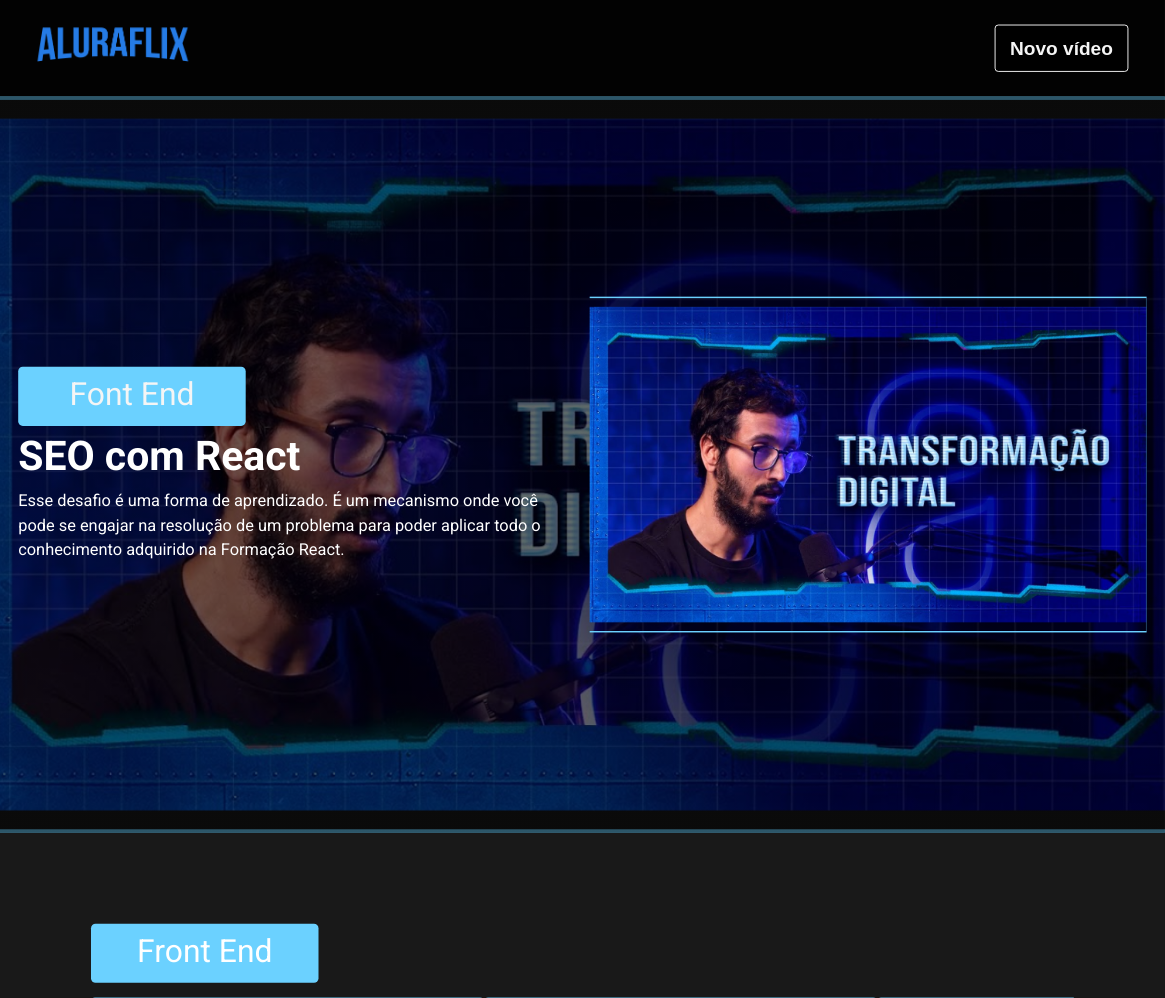
Repository: CarlosEduardoVdeOliveira/aluraflix
Page: /
These files come from the project's save history. The page is drawn as it stood at one moment and after the next save; the edit follows.
The browser window is 1280 px wide. The pictures show the part of the page from y = 0 to 1097 px (the page is 4150 px tall before and 4050 px after), at 91% of full size.
Pictures or frames that could not be fetched are drawn as grey boxes. The project was rebuilt for these pictures with package versions that can differ from the ones it lists, and the page was loaded fresh each time. Also part of the build but not shown: vite.config.js, src/components/Input/Input.module.css, src/components/Input/index.jsx, src/components/TextArea/TextArea.module.css, src/components/TextArea/index.jsx, src/pages/RegisterVideo/Register.module.css, src/pages/RegisterVideo/index.jsx, src/components/Table/Table.module.css and 3 more.

Above is the page before, as saved 2023-09-26 10:33:38.

### index.html
<!doctype html>
<html lang="en">
  <head>
    <meta charset="UTF-8" />
    <link rel="preconnect" href="https://fonts.googleapis.com">
    <link rel="preconnect" href="https://fonts.gstatic.com" crossorigin>
    <!-- <link rel="icon" type="image/svg+xml" href="/vite.svg" /> -->
    <meta name="viewport" content="width=device-width, initial-scale=1.0" />
    <link href="https://fonts.googleapis.com/css2?family=Roboto:wght@300;400;500;700&display=swap" rel="stylesheet">
    <title>AluraFlix</title>
  </head>
  <body>
    <div id="root"></div>
    <script type="module" src="/src/main.jsx"></script>
  </body>
</html>

### src/main.jsx
import React from 'react'
import ReactDOM from 'react-dom/client'
import {AppRoutes} from './routes'
import './index.css'
import { ThemeProvider } from '@emotion/react'
import { theme } from './customColors'

ReactDOM.createRoot(document.getElementById('root')).render(
  <React.StrictMode>
    <ThemeProvider theme={theme}>
      <AppRoutes />
    </ThemeProvider>
  </React.StrictMode>,
)

### src/routes.jsx
import { BrowserRouter, Route, Routes } from 'react-router-dom'
import {PageBase} from './pages/pageBase'
import {Home} from './pages/Home'
import { ThemeProvider } from '@mui/material'
import { theme } from './customColors'
import {RegisterVideo} from './pages/RegisterVideo'
import {RegisterCategory} from './pages/RegisterCategory'


export const AppRoutes = () => {
  return (
    <BrowserRouter>
      <ThemeProvider theme={theme}>
        <Routes>
          <Route path='/' element={<PageBase />}>
            <Route index element={<Home />}></Route>
            <Route path='register-video' element={<RegisterVideo />}></Route>
            <Route path='register-category' element={<RegisterCategory />}></Route>
          </Route>
        </Routes>
      </ThemeProvider>
    </BrowserRouter>
  )
}

### src/index.css
:root {
  --gray-100: #F5F5F5;
  --gray-150: #E5E5E5;
  --gray-175: #C2C2C2;
  --gray-300: #9E9E9E;
  --gray-500: #191919;
  --black: #000;
  --blue-500: #2A7AE4;
  --red-500: #E53935;
  font-family: 'Roboto', sans-serif;
  line-height: 1.5;
  font-weight: 400;
  font-size: 1rem;
  font-synthesis: none;
  text-rendering: optimizeLegibility;
  -webkit-font-smoothing: antialiased;
  -moz-osx-font-smoothing: grayscale;
  -webkit-text-size-adjust: 100%;
}
*{
  box-sizing: border-box;
  margin: 0;
  padding: 0;
  scroll-behavior: smooth;
}
body{
  background-color: var(--gray-500);
}
a {
  text-decoration: none;
  transiton: .5s all ease-out;
}

button{
  cusor: pointer;
  transiton: .5s all ease-out;
}

@media screen and (max-width: 1080px){
  body{
    font-size: 87.5%;
  }
}
@media screen and (max-width: 700px){
  body{
    font-size: 75%;
  }
}

### src/customColors.js
import { createTheme } from '@mui/material/styles';

export const theme = createTheme({
  palette: {
    withe: "#FFFFFF",
    gray100: "#F5F5F5",
    gray150: "#E5E5E5",
    gray175: "#C2C2C2",
    gray300: "#9E9E9E",
    gray500: "#191919",
    black: "#000000",
    blue500: "#2A7AE4",
    red500: "#E53935",
  },
});

### src/pages/pageBase/index.jsx
import { Banner } from '../../components/Banner';
import {Footer} from '../../components/Footer';
import {Header} from '../../components/Header'
import { Outlet } from "react-router-dom";
import { useLocation } from 'react-router-dom';


export const PageBase = () => {
  const location = useLocation()
  return (
    <main>
      <Header button={location.pathname === '/'} />
      <Banner banner={location.pathname === '/'} />
      <Outlet />
      <Footer />
    </main>
  )
}

### src/pages/Home/index.jsx
import {Category} from "../../components/Category";

// eslint-disable-next-line react/prop-types
export const Home = () => {

  return (
    <>
      {
        <Category />
      }
    </>
  )
}

### src/components/Banner/index.jsx
/* eslint-disable react/prop-types */
import styles from './Banner.module.css'
import bannerImage from '../../../public/banner.png'
import {TitleCategory} from '../TitleCategory';

export const Banner = ({banner}) => {
  return(
    <>
      {
        banner && (
        <div className={styles.container}>
          <div className={styles.content}>
            <TitleCategory
              bgColor="#6BD1FF"
              color="#f5f5f5"
            >
              Font End
            </TitleCategory>
            <h5 >
              SEO com React
            </h5>
            <p>
              Esse desafio é uma forma de aprendizado.
              É um mecanismo onde você pode se engajar na resolução de um problema
              para poder aplicar todo o conhecimento adquirido na Formação React.
            </p>
          </div>
          <img src={bannerImage} alt='Imagem do SEO da alura, '/>
        </div>
        )
      }
    </>
  );
}

### src/components/Footer/index.jsx
import { Link } from 'react-router-dom'
import logo from '../../assets/logo.png'
import styles from './Footer.module.css'
export const Footer = () => {
  return (
    <footer className={styles.container}>
      <Link to='/'>
        <img src={logo} alt="Logo do aluraflix" />
      </Link>
    </footer>
  )
}

### src/components/Header/index.jsx
/* eslint-disable react/prop-types */
// eslint-disable-next-line no-unused-vars
import React from 'react';
import logo from '../../assets/logo.png'
import styles from './Header.module.css'
import { Link } from 'react-router-dom';
import {Button} from '../Button';


export const Header = ({button}) => {

  return (
    <header className={styles.container}>
      <Link to="/">
        <img src={logo} alt='Logo do aluraflix' />
      </Link>
      {button &&
          <Link to="/register-video">
            <Button
              bgColor="#000"
              borderColor="1px solid #FFF"
              color="#F5f5f5"
            >
                  Novo vídeo
            </Button>
          </Link>
      }
    </header>
  )
}

### src/components/Category/index.jsx
import { TitleCategory } from "../TitleCategory";
import styles from "./Category.module.css";
import { videos, categories } from "../../json/db.json";
import Carousel from 'react-material-ui-carousel'
import { Card } from "../Card";

export const Category = () => {
  function verifyCategory(category){
    const vcat = videos.some(vc => vc.category === category)
    return vcat
  }
    console.log(verifyCategory("Front End"));
  return (
    <>
      {
        categories.map((category) => (
          <section className={styles.container} key={category.id}>
            <TitleCategory color="#fff" bgColor={category.color}>{category.name}</TitleCategory>
            <Carousel >
              <div className={styles.videos}>
                {videos.map(
                  (video) =>
                    category.name === video.category && (
                      <Card
                        link={video.link}
                        key={video.id}
                        thumbnail={video.thumbnail}
                        borderColor={category.color}
                        description={video.description}
                      />
                    )
                )}
              </div>

            </Carousel>
          </section>
        ))
      }
    </>
  );
};

### src/components/Button/index.jsx
/* eslint-disable react/prop-types */
import styles from './Button.module.css'

export const Button = ({children, bgColor, borderColor, color}) => {
  return(
    <button className={styles.button}
      style={{
        background:bgColor,
        border:borderColor,
        color:color
      }}
    >
      {children}
    </button>
  )
}

### src/json/db.json
{
  "videos":[
  {
    "id": 1,
    "name": "Homem-Aranha - Sem Volta Para Casa",
    "link": "https://www.youtube.com/watch?v=k77WZrvuDQU&ab_channel=Alura",
    "thumbnail": "https://i.ytimg.com/vi/k77WZrvuDQU/sddefault.jpg",
    "category": "Front End",
    "description": "Descrição qualquer"
  },
  {
    "id": 2,
    "name": "Homem-Aranha - Sem Volta Para Casa",
    "link": "https://www.youtube.com/watch?v=k77WZrvuDQU&ab_channel=Alura",
    "thumbnail": "https://i.ytimg.com/vi/CyiiEJRZjSU/maxresdefault.jpg",
    "category": "Front End",
    "description": "Descrição qualquer"
  },
  {
    "id": 3,
    "name": "Homem-Aranha - Sem Volta Para Casa",
    "link": "https://www.youtube.com/watch?v=hHM-hr9q4mo&ab_channel=Rocketseat",
    "thumbnail": "https://i.ytimg.com/vi/hHM-hr9q4mo/maxresdefault.jpg",
    "category": "Front End",
    "description": "Descrição qualquer"
  },
  {
    "id": 4,
    "name": "Homem-Aranha - Sem Volta Para Casa",
    "link": "https://www.youtube.com/watch?v=hHM-hr9q4mo&ab_channel=Rocketseat",
    "thumbnail": "https://i.ytimg.com/vi/hHM-hr9q4mo/maxresdefault.jpg",
    "category": "Back End",
    "description": "Descrição qualquer"
  },
  {
    "id": 5,
    "name": "Homem-Aranha - Sem Volta Para Casa",
    "link": "https://www.youtube.com/watch?v=hHM-hr9q4mo&ab_channel=Rocketseat",
    "thumbnail": "https://i.ytimg.com/vi/hHM-hr9q4mo/maxresdefault.jpg",
    "category": "Back End",
    "description": "Descrição qualquer"
  },
  {
    "id": 6,
    "name": "Homem-Aranha - Sem Volta Para Casa",
    "link": "https://www.youtube.com/watch?v=hHM-hr9q4mo&ab_channel=Rocketseat",
    "thumbnail": "https://i.ytimg.com/vi/hHM-hr9q4mo/maxresdefault.jpg",
    "category": "Back End",
    "description": "Descrição qualquer"
  },
  {
    "id": 7,
    "name": "Homem-Aranha - Sem Volta Para Casa",
    "link": "https://www.youtube.com/watch?v=MGIs7DSQ-0A&ab_channel=Alura",
    "thumbnail": "https://i.ytimg.com/vi/MGIs7DSQ-0A/maxresdefault.jpg",
    "category": "Mobile",
    "description": "Descrição qualquer"
  },
  {
    "id": 8,
    "name": "Homem-Aranha - Sem Volta Para Casa",
    "link": "https://www.youtube.com/watch?v=MGIs7DSQ-0A&ab_channel=Alura",
    "thumbnail": "https://i.ytimg.com/vi/MGIs7DSQ-0A/maxresdefault.jpg",
    "category": "Mobile",
    "description": "Descrição qualquer"
  },
  {
    "id": 9,
    "name": "Homem-Aranha - Sem Volta Para Casa",
    "link": "https://www.youtube.com/watch?v=MGIs7DSQ-0A&ab_channel=Alura",
    "thumbnail": "https://i.ytimg.com/vi/MGIs7DSQ-0A/maxresdefault.jpg",
    "category": "Mobile",
    "description": "Descrição qualquer"
  },
  {
    "id": 10,
    "name": "Homem-Aranha - Sem Volta Para Casa",
    "link": "https://www.youtube.com/watch?v=CyiiEJRZjSU",
    "thumbnail": "https://i.ytimg.com/vi/CyiiEJRZjSU/maxresdefault.jpg",
    "category": "Data Science",
    "description": "Descrição qualquer"
  },
  {
    "id": 11,
    "name": "Homem-Aranha - Sem Volta Para Casa",
    "link": "https://www.youtube.com/watch?v=CyiiEJRZjSU",
    "thumbnail": "https://i.ytimg.com/vi/CyiiEJRZjSU/maxresdefault.jpg",
    "category": "Data Science",
    "description": "Descrição qualquer"
  },
  {
    "id": 12,
    "name": "Homem-Aranha - Sem Volta Para Casa",
    "link": "https://www.youtube.com/watch?v=CyiiEJRZjSU",
    "thumbnail": "https://i.ytimg.com/vi/CyiiEJRZjSU/maxresdefault.jpg",
    "category": "Data Science",
    "description": "Descrição qualquer"
  },
  {
    "id": 13,
    "name": "Homem-Aranha - Sem Volta Para Casa",
    "link": "https://www.youtube.com/watch?v=CyiiEJRZjSU",
    "thumbnail": "https://i.ytimg.com/vi/CyiiEJRZjSU/maxresdefault.jpg",
    "category": "UX",
    "description": "Descrição qualquer"
  },
  {
    "id": 14,
    "name": "Homem-Aranha - Sem Volta Para Casa",
    "link": "https://www.youtube.com/watch?v=CyiiEJRZjSU",
    "thumbnail": "https://i.ytimg.com/vi/CyiiEJRZjSU/maxresdefault.jpg",
    "category": "UX",
    "description": "Descrição qualquer"
  },
  {
    "id": 15,
    "name": "Homem-Aranha - Sem Volta Para Casa",
    "link": "https://www.youtube.com/watch?v=CyiiEJRZjSU",
    "thumbnail": "https://i.ytimg.com/vi/CyiiEJRZjSU/maxresdefault.jpg",
    "category": "UX",
    "description": "Descrição qualquer"
  },
  {
    "id": 16,
    "name": "Homem-Aranha - Sem Volta Para Casa",
    "link": "https://www.youtube.com/watch?v=CyiiEJRZjSU",
    "thumbnail": "https://i.ytimg.com/vi/CyiiEJRZjSU/maxresdefault.jpg",
    "category": "Infra",
    "description": "Descrição qualquer"
  },
  {
    "id": 17,
    "name": "Homem-Aranha - Sem Volta Para Casa",
    "link": "https://www.youtube.com/watch?v=CyiiEJRZjSU",
    "thumbnail": "https://i.ytimg.com/vi/CyiiEJRZjSU/maxresdefault.jpg",
    "category": "Infra",
    "description": "Descrição qualquer"
  },
  {
    "id": 18,
    "name": "Homem-Aranha - Sem Volta Para Casa",
    "link": "https://www.youtube.com/watch?v=CyiiEJRZjSU",
    "thumbnail": "https://i.ytimg.com/vi/CyiiEJRZjSU/maxresdefault.jpg",
    "category": "Infra",
    "description": "Descrição qualquer"
  },
  {
    "id": 19,
    "name": "Homem-Aranha - Sem Volta Para Casa",
    "link": "https://www.youtube.com/watch?v=CyiiEJRZjSU",
    "thumbnail": "https://i.ytimg.com/vi/CyiiEJRZjSU/maxresdefault.jpg",
    "category": "Inovation",
    "description": "Descrição qualquer"
  },
  {
    "id": 20,
    "name": "Homem-Aranha - Sem Volta Para Casa",
    "link": "https://www.youtube.com/watch?v=CyiiEJRZjSU",
    "thumbnail": "https://i.ytimg.com/vi/CyiiEJRZjSU/maxresdefault.jpg",
    "category": "Inovation",
    "description": "Descrição qualquer"
  },
  {
    "id": 21,
    "name": "Homem-Aranha - Sem Volta Para Casa",
    "link": "https://www.youtube.com/watch?v=CyiiEJRZjSU",
    "thumbnail": "https://i.ytimg.com/vi/CyiiEJRZjSU/maxresdefault.jpg",
    "category": "Inovation",
    "description": "Descrição qualquer"
  },
  {
    "id": 22,
    "name": "Homem-Aranha - Sem Volta Para Casa",
    "link": "https://www.youtube.com/watch?v=CyiiEJRZjSU",
    "thumbnail": "https://i.ytimg.com/vi/CyiiEJRZjSU/maxresdefault.jpg",
    "category": "AI",
    "description": "Descrição qualquer"
  }
],
"categories":[
  {

    "id":1,
    "name":"Front End",
    "description": "Todos os vídeo da área de Front End juntarei nessa categoria para organizar os estudos que venho fazendo atualmente (FieldTextarea)",
    "color":"#6BD1FF"
  },
  {
    "id":2,
    "name":"Back End",
    "description": "Todos os vídeo que estou usando para estudar Back End ",
    "color":"#69953B"
  },
  {
    "id":3,
    "name":"Design & UX",
    "description": "Ferramentas e técnicas que estudo sobre UX e Design",
    "color":"#DC6EBE"
  },
  {
    "id":4,
    "name":"Infraestrutura" ,
    "description": "Tudo que estou aprendendo sobre Docker e muito mais",
    "color":"#9CD33B"
  },
  {
    "id":5,
    "name":"Marketing Digital",
    "description": "A forma de vender a monetizar minhas ideias",
    "color":"#6B5BE2"
  },
  {
    "id":6,
    "name":"Data Science",
    "description": "Coisas de R e Python que venho aprendendo",
    "color":"#9CD33B"
  },
  {
    "id":7,
    "name":"Inovação & Gestão",
    "description": "Como manter o time feliz e muito mais",
    "color":"#FF8C2A"
  },
  {
    "id":8,
    "name":"Mobile",
    "description": "Conteúdo que venho estudando sobre React Native e Flutter",
    "color":"#FFBA05"
  },
  {
    "id":9,
    "name":"AI",
    "description": "Conteúdo que venho estudando sobre React Native e Flutter",
    "color":"#B210C7"
  }
]
}

### src/components/Banner/Banner.module.css
.container{
  background: linear-gradient(rgba(0, 0, 0, 0.59), rgba(0, 0, 0, 0.59)),
  url(../../../public/banner.png) center / cover no-repeat;
  width: 100%;
  height: 50.563rem;
  display: grid;
  grid-template-columns: 1fr 1fr;
  align-items: center;
  gap: 1rem;
  padding: 20px;
}
.container img{
  width: 100%;
  flex-shrink: 0;
}
.content{
  color: #FFF;
}
.content h5{
  font-size: 2.813rem;
}
.content p{
  font-size: 1.125rem;
}

### src/components/TitleCategory/index.jsx
import styles from "./TitleCategory.module.css"
// eslint-disable-next-line react/prop-types
export const TitleCategory = ({children, bgColor, color}) => {
  return(
    <div
      className={styles.container}
      style={{
        backgroundColor: bgColor,
        color: color
      }}
    >
      {children}
    </div>
  )
}

### src/components/Footer/Footer.module.css
.container{
  display: flex;
  align-items: center;
  justify-content: center;
  padding: 1.688rem 2.5rem;
  background-color: rgba(0, 0, 0, 0.9);
}

.container img{
  width: 168.45px;
  height: 40px;
}

### src/components/Header/Header.module.css
.container{
  display: flex;
  justify-content: space-between;
  align-items: center;
  padding: 1.688rem 2.5rem;
  background-color: rgba(0, 0, 0, 0.9);
}

.container img{
  width: 168.45px;
  height: 40px;
}

### src/components/Category/Category.module.css
.container{
  display: flex;
  flex-direction: column;
  overflow: none;
  gap: 1rem;
  margin: 100px;
}
.videos{
  display: flex;
  width: 10px;
}

### src/components/Card/index.jsx
/* eslint-disable react/prop-types */
import styles from './Card.module.css'
import { Link } from 'react-router-dom'

export const Card = ({
  id,
  link,
  thumbnail,
  description,
  borderColor
}) => {
  return(
    <>
      <Link
        to={link}
        className={styles.card}
        style={{border:`1px solid ${borderColor}`}}
        key={id}
        target='_blank'
        title={description}
      >
        <img src={thumbnail} alt={description} />
      </Link>

    </>
  )
}

### src/components/Button/Button.module.css
.button{
  color: #FFF;
  text-align: center;
  padding: 0.8rem 1rem;
  border-radius: .25rem;
  font-size: 21px;
  font-style: normal;
  font-weight: 600;
  cursor: pointer;
  line-height: 24px;
  transition: all .5s ease-in-out;
}

.button:hover{
  opacity: 0.8;
}

### src/components/TitleCategory/TitleCategory.module.css
.container{
  width: fit-content;
  min-width: 15.625rem;
  height: 4.063rem;
  padding: 0.313rem;
  text-align: center;
  border-radius: 0.313rem;
  font-size: 2.188rem;

  white-space: nowrap;

  display: -webkit-box;

  -webkit-box-orient: vertical;
}

### src/components/Card/Card.module.css
.card{
  width: 433px;
  height: 263px;
  border-radius: .25rem;
  animation: slideAnimation 5s infinite alternate;
}
.card img{
  width: 430px;
  height: 260px;
  border-radius: .25rem;
}

After the next save:
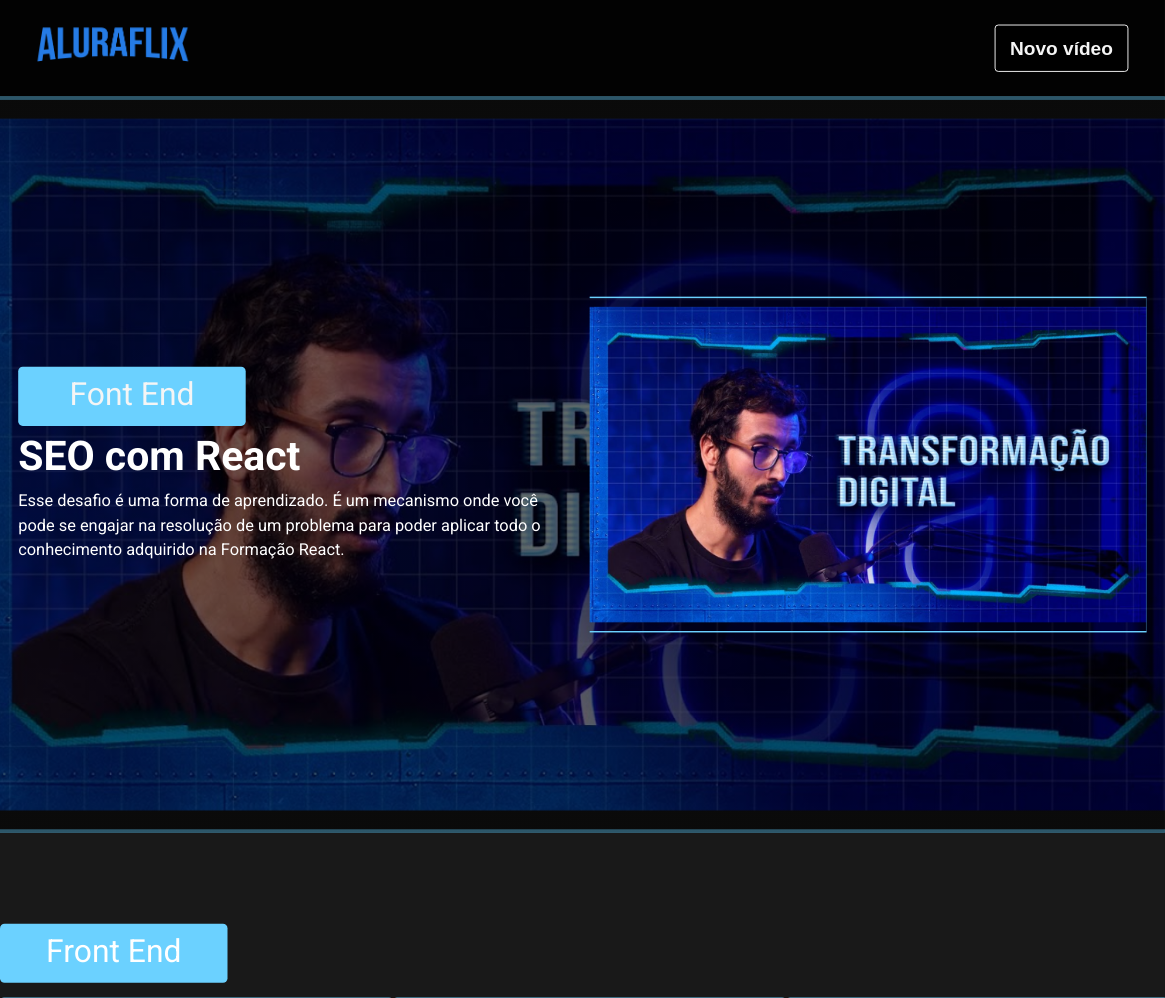
Saved 15 s later.
--- a/src/components/Category/Category.module.css
+++ b/src/components/Category/Category.module.css
@@ -3,7 +3,7 @@
   flex-direction: column;
   overflow: none;
   gap: 1rem;
-  margin: 100px;
+  margin-top: 100px;
 }
 .videos{
   display: flex;
